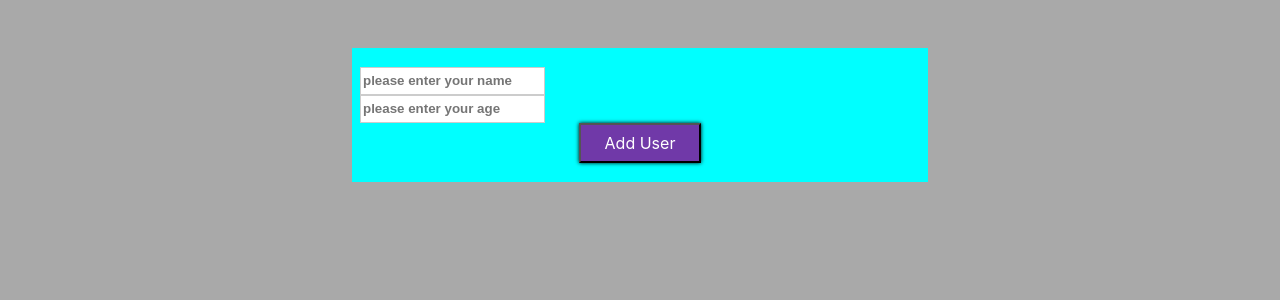
Repository: NamalPathirana/section-eight
Page: /
The author's editor kept a copy of each file at every save. The page is drawn from the files as they stood at one save, then again after the next save.
The browser window is 1280 px wide. The pictures show the whole page.
The project was rebuilt for these pictures with package versions that can differ from the ones it lists, and the page was loaded fresh each time.

Above is the page before, as saved 2021-11-26 02:45:14.

After the next save:
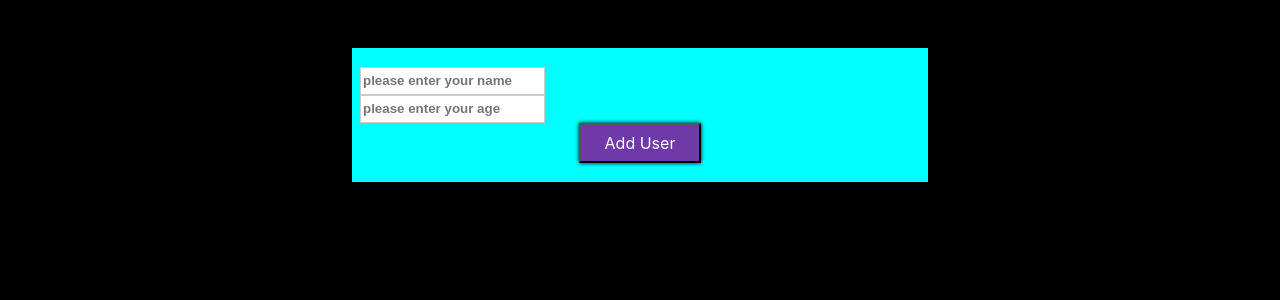
Saved 10 s later.
--- a/src/index.css
+++ b/src/index.css
@@ -5,7 +5,7 @@ body {
   width: 100%;
   display: flex;
   flex-direction: column;
-  background-color: darkgrey;
+  background-color: black;
   font-family: -apple-system, BlinkMacSystemFont, 'Segoe UI', 'Roboto', 'Oxygen',
     'Ubuntu', 'Cantarell', 'Fira Sans', 'Droid Sans', 'Helvetica Neue',
     sans-serif;
